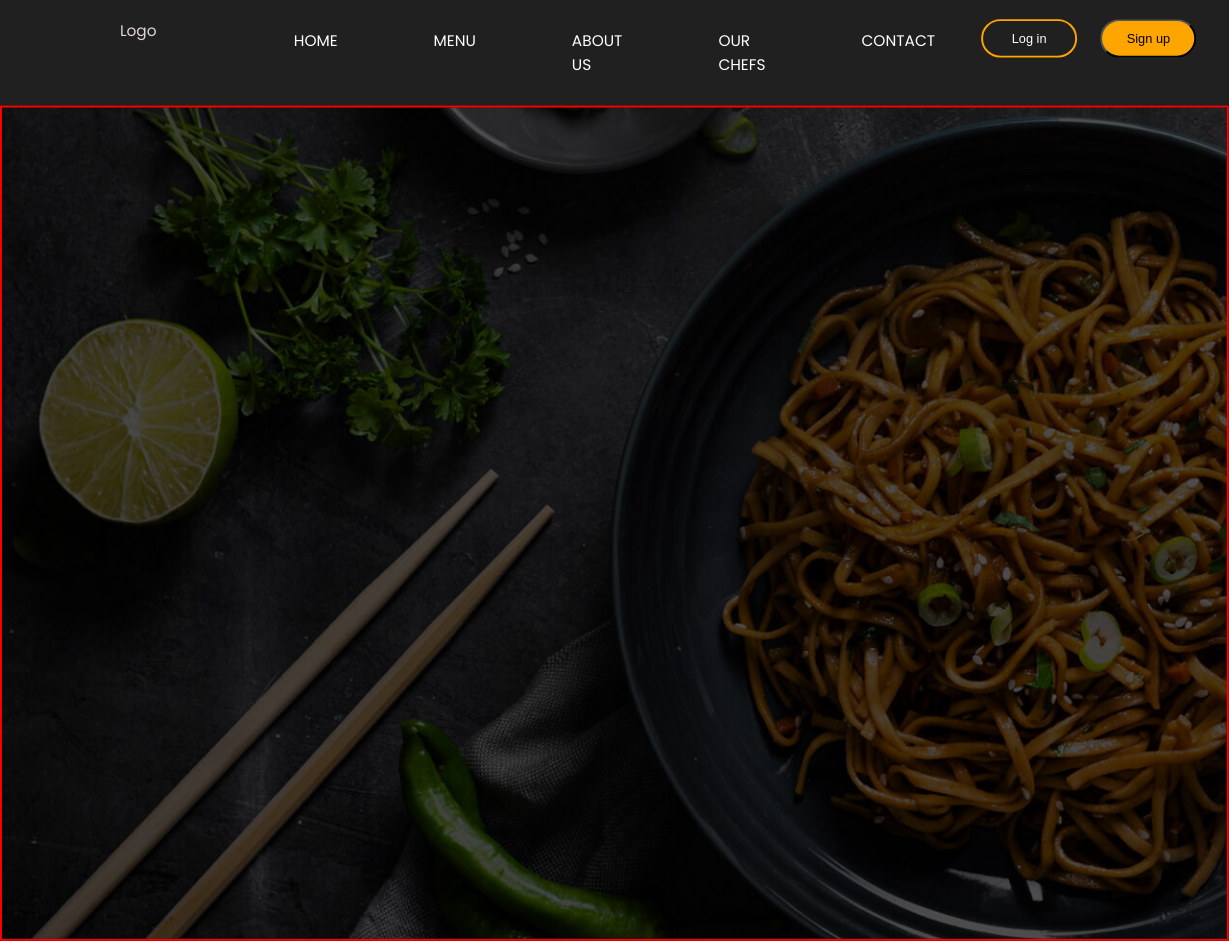
Repository: ThisIsSahaj/NSP
Page: index.html
The author's editor kept a copy of each file at every save. The page is drawn from the files as they stood at one save, then again after the next save.
The browser window is 1280 px wide. The pictures show the whole page, at 96% of full size.

Above is the page before, as saved 2023-11-06 13:41:05.

### index.html
<!DOCTYPE html>
<html lang="en">
<head>
    <meta charset="UTF-8">
    <meta http-equiv="X-UA-Compatible" content="IE=edge">
    <meta name="viewport" content="width=device-width, initial-scale=1.0">
    <title>Hungy</title>
    <link rel="stylesheet" href="style.css">
</head>
<body>
    <header>

        <nav class="nav">
            <div class="logo">
                Logo
            </div>
            <div class="menu">
                <ul>
                   <a href=""> <li>Home</li> </a>
                   <a href=""> <li>Menu</li> </a>
                   <a href=""> <li>About Us</li> </a>
                   <a href=""> <li>Our Chefs</li> </a>
                   <a href=""> <li>Contact</li> </a>
            </ul>
        </div>
        <div class="button">
            <button class="login">Log in</button>
            <button class="signup">Sign up</button>
        </div>
    </nav>
</header>

<div class="sec1">

</div>
</body>
</html>

### style.css
@import url('https://fonts.googleapis.com/css2?family=Poppins:wght@300;400;500;600;700&family=Roboto:wght@100;300;400;500;700;900&display=swap');


*{
    margin: 0px;
    padding: 0px;
    box-sizing: border-box;

}

body{
    background-color: #0F0F0F;
    font-family: 'Poppins', sans-serif;
    color: rgb(224, 212, 212);
}

header{
    margin-top: 0px;
    background-color: #202020;
    padding: 20px;
}
nav{
    display: flex;
    flex-direction: row;
    justify-content: space-around;
}

ul {
    display: flex;
    flex-direction: row;
    list-style: none;
    /* border: 2px solid green; */
}
a {
    color: #fff;
    text-transform: uppercase;
    text-decoration: none;
    /* letter-spacing: 0.15em;      */
    /* display: inline-block; */
    /* padding: 15px 20px; */
    position: relative;
    /* border: 2px solid red; */
}
a:after {
    background: none repeat scroll 0 0 transparent;
    bottom: 0;
    content: "";
    display: block;
    height: 2px;
    left: 50%;
    position: absolute;
    background: #fff;
    transition: width 0.3s ease 0s, left 0.3s ease 0s;
    width: 0;
    margin-bottom: 10px;
}

a:hover:after {
    width: 100%;
    left: 0;
    background-color:orange;
}


.logo{
    width: 20%;
    display: flex;
    justify-content: center;
    /* border: 2px solid hotpink; */

}
.menu ul li{
    margin: 10px 50px;

}

.menu{
    width: 60%;
    display: flex;
    justify-content: center;
    /* border: 2px solid blue; */

}
.button{
    width: 20%;
    /* border: 2px solid hotpink; */
}
button {
    height: 40px;
    width: 100px;
    margin: 0px 10px;
    border-radius: 50px;
    background-color: orange;
    cursor: pointer;
}
.login{
border: 2px solid orange;
background-color: transparent;
color: white;

}

.login:hover {
    background-color: orange;
    color: black;
}

.signup:hover{
    background-color: transparent;
    color: white;
    border: 2px solid orange;
}


.sec1{
    border: 2px solid red;
    height: 870px;
    width: 100%;
    background-image: url("assets/images/hero-slider-1.jpg");
}

After the next save:
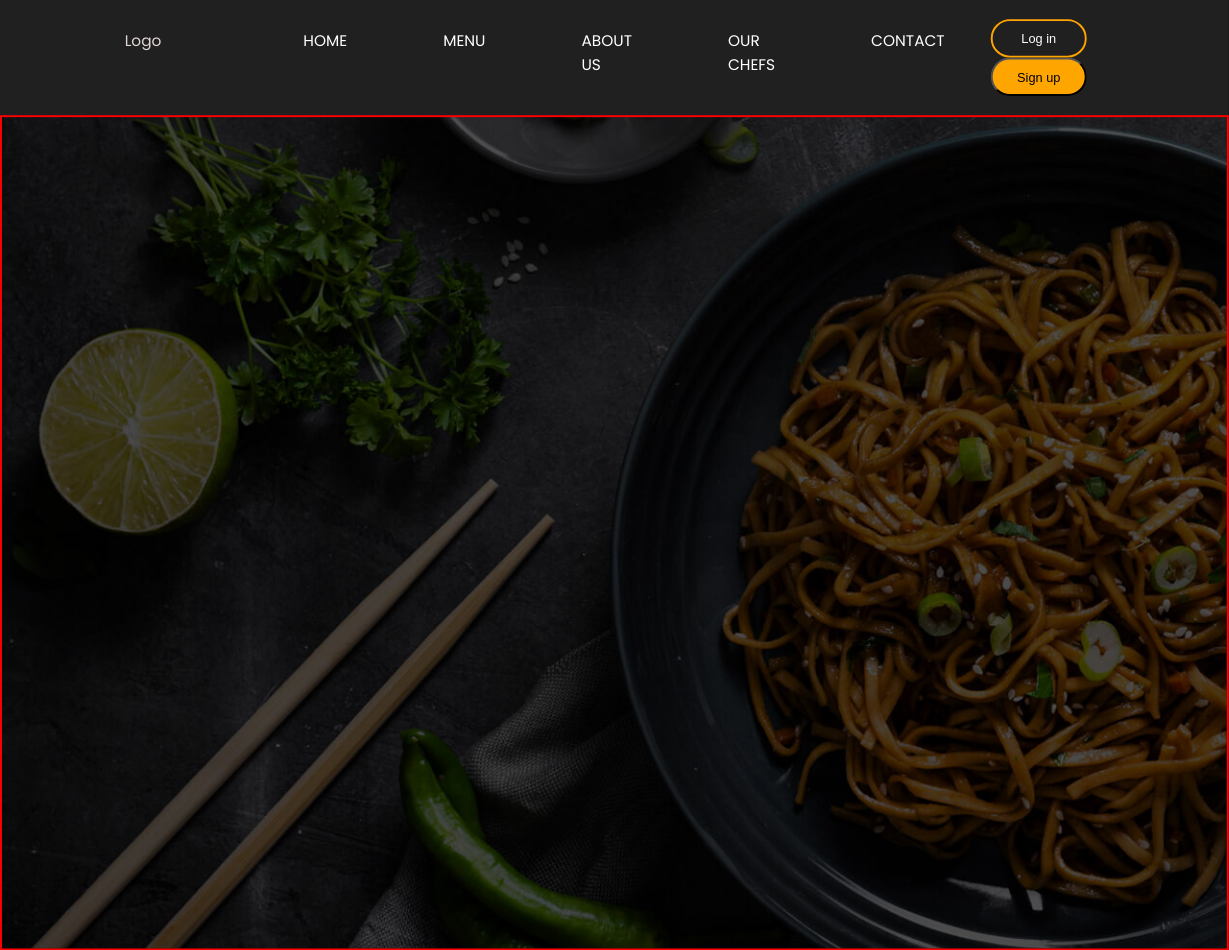
Saved 12 s later.
--- a/style.css
+++ b/style.css
@@ -64,6 +64,7 @@ a:hover:after {
 
 .logo{
     width: 20%;
+    margin: 10px;
     display: flex;
     justify-content: center;
     /* border: 2px solid hotpink; */
